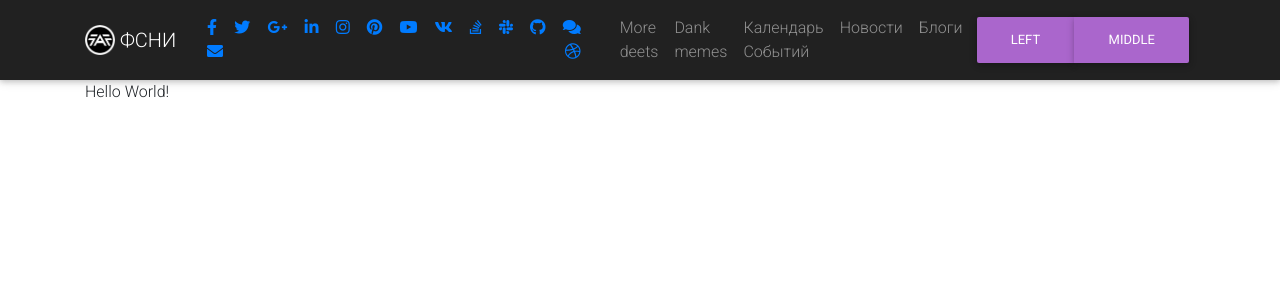
Repository: alexey1986/fsni_test
Page: /
The author's editor kept a copy of each file at every save. The page is drawn from the files as they stood at one save, then again after the next save.
The browser window is 1280 px wide. The pictures show the whole page.
The project was rebuilt for these pictures with package versions that can differ from the ones it lists, and the page was loaded fresh each time.

Above is the page before, as saved 2020-08-27 21:21:37.

After the next save:
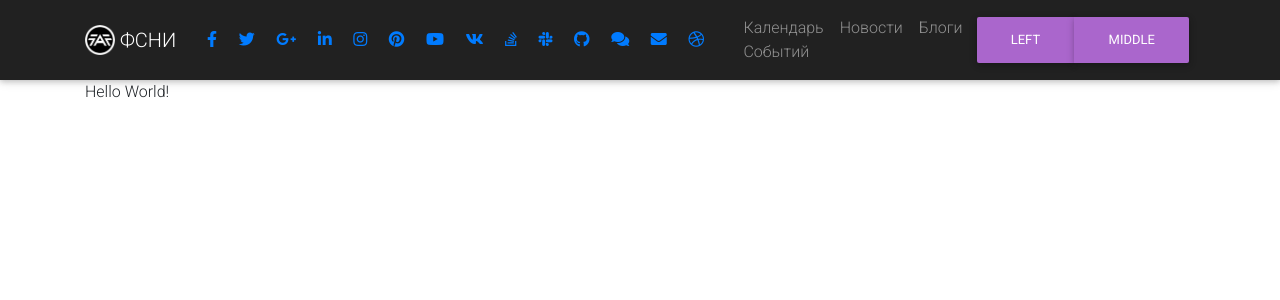
Saved 17 s later.
--- a/src/components/nav/NavBar.jsx
+++ b/src/components/nav/NavBar.jsx
@@ -23,12 +23,6 @@
                     <SocialButtons />
                     <Navbar.Toggle aria-controls="basic-navbar-nav" />
                     <Navbar.Collapse id="basic-navbar-nav">
-                        <Nav className="mr-auto" >
-                            <Nav.Link href="#deets">More deets</Nav.Link>
-                            <Nav.Link href="#memes">
-                                Dank memes
-                        </Nav.Link>
-                        </Nav>
                         <Nav>
                             <Nav.Link as={NavLink} to='/calendar'>Календарь Событий</Nav.Link>
                             <Nav.Link as={NavLink} to='/news'>Новости</Nav.Link>
